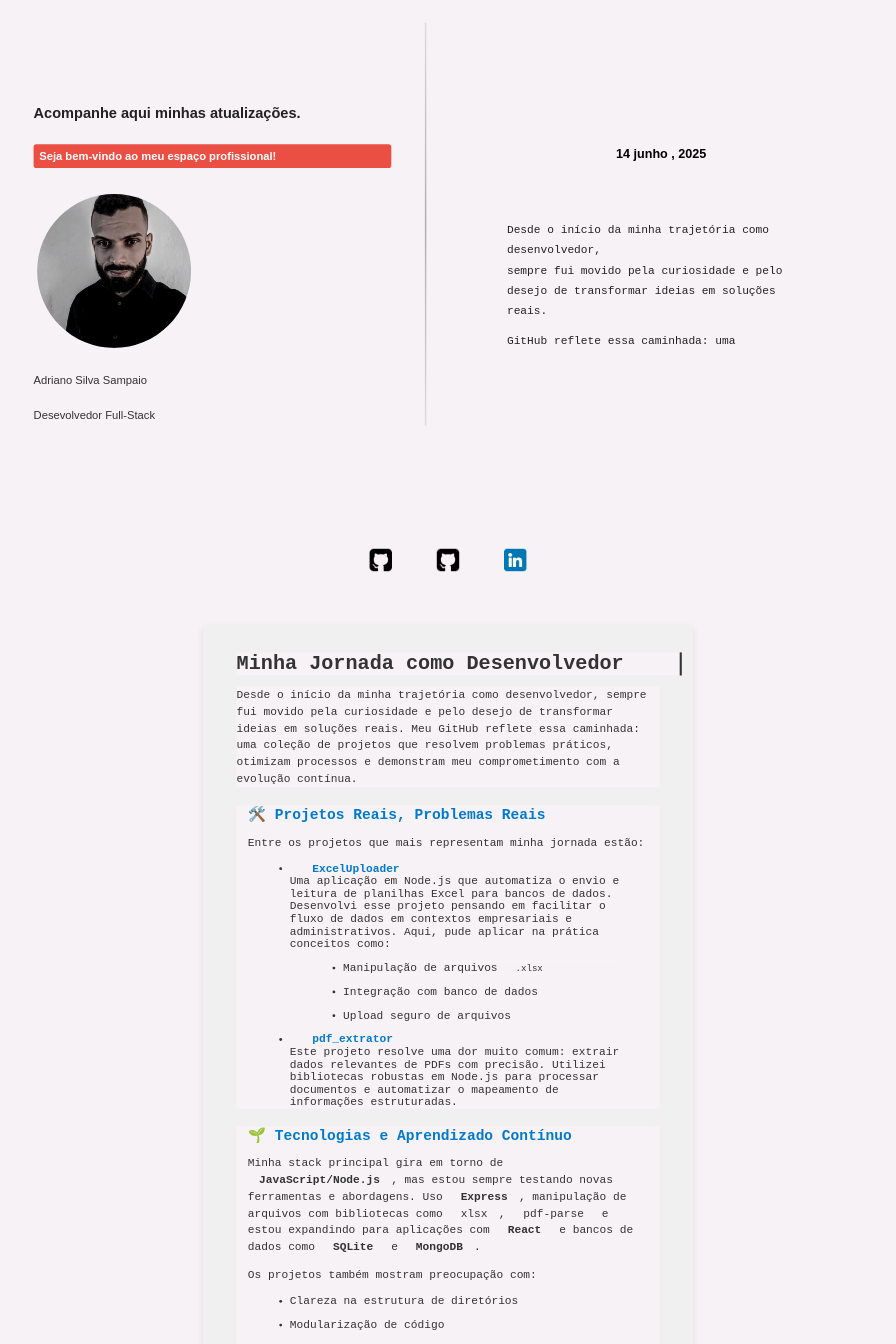
Repository: umdevadriano/portifolio2025
Page: /
An editor plug-in stored every save of this project. The page is shown before and after the next save, followed by the edit.
The browser window is 1280 px wide. The pictures show the part of the page from y = 0 to 1920 px (the page is 2803 px tall), at 70% of full size.
The project was rebuilt for these pictures with package versions that can differ from the ones it lists, and the page was loaded fresh each time. Also part of the build but not shown: vite.config.ts.

Above is the page before, as saved 2025-06-22 20:56:22.

### index.html
<!doctype html>
<html lang="en">
  <head>
    <meta charset="UTF-8" />
    <!-- <link rel="icon" type="image/svg+xml" href="/vite.svg" /> -->
    <meta name="viewport" content="width=device-width, initial-scale=1.0" />
    <title>Adriano Silva Sampaio </title>
  </head>
  <body>
    <div id="root"></div>
    <script type="module" src="/src/main.tsx"></script>
  </body>
</html>

### src/App.tsx
import './App.css'
import ContainerPrincipal from './componentes/containerPrincipal/ContainerPrincipal'
function App() {
  return (
    <>
      <ContainerPrincipal/>
    </>
  )
}

export default App

### src/componentes/containerPrincipal/ContainerPrincipal.tsx
import styled, { createGlobalStyle } from 'styled-components';
import Body from '../Body/Body';
import Footer from '../Footer/Footer';
import RedesSociais from '../redesSociais/redesSociais';
import github from '../redesSociais/github.png';
import linkedin from '../redesSociais/linkedin.png';
import ProfessionalStory from '../ProfessionalStory/ProfessionalStory';

const data = new Date();
const ano = data.getFullYear();
function ContainerPrincipal() {

  const redes = [
    { src: github, link: 'https://github.com/adrianodisam' },
    { src: github, link: 'https://github.com/umdevadriano' },
    { src: linkedin, link: 'https://www.linkedin.com/in/adriano-silva-sampaio/' }
  ];
  const GlobalStyle = createGlobalStyle`
    *, *::before, *::after {
    box-sizing: border-box;
    background-color: #f7f2f6;
    margin: 1rem;
  }

    html, body {
      margin: 0;
      padding: 0;
      overflow-x: hidden;
      width: 100%;
    }
  `;

  const Principal = styled.div`
    display: flex;
    justify-content: center;
    width: 100%;
    height: 100vh;
    font-family: 'Arial', sans-serif;
    overflow: hidden;
    margin: 0;
    padding: 0;

    @media (max-width: 768px) {
      display: flex;
      flex-direction: column;
      justify-items: center;
      justify-content: center;
      align-items: center;
    }


  `;
  return (
    <>
      <GlobalStyle />
      <Principal>
        <Body/>
      </Principal>
      <RedesSociais redes={redes}/>
      <ProfessionalStory/>
      <Footer>Desenvolvimento de Software<br />© {ano} Adriano Silva Sampaio</Footer>
    </>
  )
}
export default ContainerPrincipal

### src/componentes/Body/Body.tsx
import Principal from '../Principal/Principal';
import Title from '../Title/Title';
import Banner from '../Banner/Banner';
import ProfileWrapper from '../ProfileWrapper/ProfileWrapper';
import Profile from '../Profile/Profile';
import Role from '../Role/Role';
import Divider from '../Divider/Divider';
import RightSide from '../RightSide/RightSide';
import DateComponente from '../DateComponente/DateComponente';
import EmDesenvolvimento from '../EmDesenvolvimentoWrapper/EmDesenvolvimentoWrapper ';
const data = new Date();
const dia = String(data.getDate()).padStart(2, '0');
const mes = data.toLocaleString('pt-BR', { month: 'long' });
const ano = data.getFullYear();

function Cabecalho() {
  return (
    <>
      <Principal>
        <Title>Acompanhe aqui minhas atualizações.</Title>
        <Banner>Seja bem-vindo ao meu espaço profissional!</Banner>
        <ProfileWrapper>
          <Profile/>
        </ProfileWrapper>
        <Role> Adriano Silva Sampaio</Role>
        <Role> Desevolvedor  Full-Stack </Role>
      </Principal>
      <Divider />
      <RightSide>
        <DateComponente>{dia}  {mes} , {ano} </DateComponente>
        <EmDesenvolvimento/>
      </RightSide>
    </>
  )
}
export default Cabecalho

### src/componentes/Footer/Footer.tsx
import styled from 'styled-components';

type Props = {
  children: React.ReactNode;
};

function Footer({ children }: Props){

    const FooterP = styled.p`
        font-size: 1rem;
        color: #999;
        /* margin-top: auto; */
    `;
    const FooterDiv = styled.div`
       display: flex;
       justify-content: left;
       align-items: center;
    `;
    return (
        <>
            <FooterDiv>
                <FooterP>{children}</FooterP>
            </FooterDiv>
        </>
    )
}

export default Footer

### src/componentes/redesSociais/redesSociais.tsx
import styled from 'styled-components';

type RedeSocial = {
  src: string;
  link: string;
};

type Props = {
  redes: RedeSocial[];
};

const RedesSociaisDiv = styled.div`
  flex: 1;
  display: flex;
  justify-content: center;
  align-items: center;

  img {
    width: 2rem;
    height: 2rem;
    object-fit: contain;
    transition: transform 0.2s;
  }

  a:hover img {
    transform: scale(1.1);
  }
`;

function RedesSociais({ redes }: Props) {
  return (
    <RedesSociaisDiv>
      {redes.map((rede, index) => (
        <a
          key={index}
          href={rede.link}
          target="_blank"
          rel="noopener noreferrer"
        >
          <img src={rede.src} alt={`Ícone ${index + 1}`} />
        </a>
      ))}
    </RedesSociaisDiv>
  );
}

export default RedesSociais;

### src/componentes/ProfessionalStory/ProfessionalStory.tsx

import styled, { keyframes } from 'styled-components';

const typewriter = keyframes`
  from {
    width: 0;
  }
  to {
    width: 100%;
  }
`;

const blink = keyframes`
  50% {
    border-color: transparent;
  }
`;

const Container = styled.section`
  font-family: 'Courier New', Courier, monospace;
  color: #333;
  background: #f0f0f0;
  padding: 24px 32px;
  max-width: 700px;
  margin: 40px auto;
  border-radius: 8px;
  box-shadow: 0 4px 10px rgba(0,0,0,0.1);
`;

const Title = styled.h1`
  font-size: 1.8rem;
  margin-bottom: 1rem;
  border-right: 3px solid #333;
  white-space: nowrap;
  overflow: hidden;
  width: 18ch;
  animation: ${typewriter} 2.5s steps(18) 1 forwards,
             ${blink} 0.75s step-end infinite;
`;

const Section = styled.div`
  margin-top: 1.6rem;
`;

const SectionTitle = styled.h2`
  font-size: 1.3rem;
  margin-bottom: 0.6rem;
  color: #007acc;
`;

const Paragraph = styled.p`
  font-size: 1rem;
  line-height: 1.5;
  margin-bottom: 1rem;
`;

const List = styled.ul`
  margin-left: 20px;
  margin-bottom: 1rem;
  list-style-type: disc;
`;

const Link = styled.a`
  color: #007acc;
  text-decoration: none;
  font-weight: 600;

  &:hover {
    text-decoration: underline;
  }
`;

export default function ProfessionalStory() {
  return (
    <Container>
      <Title>Minha Jornada como Desenvolvedor</Title>

      <Paragraph>
        Desde o início da minha trajetória como desenvolvedor, sempre fui movido pela curiosidade e pelo desejo de transformar ideias em soluções reais. Meu GitHub reflete essa caminhada: uma coleção de projetos que resolvem problemas práticos, otimizam processos e demonstram meu comprometimento com a evolução contínua.
      </Paragraph>

      <Section>
        <SectionTitle>🛠️ Projetos Reais, Problemas Reais</SectionTitle>
        <Paragraph>Entre os projetos que mais representam minha jornada estão:</Paragraph>

        <List>
          <li>
            <strong>
              <Link href="https://github.com/umdevadriano/ExcelUploader" target="_blank" rel="noopener noreferrer">
                ExcelUploader
              </Link>
            </strong>
            <br />
            Uma aplicação em Node.js que automatiza o envio e leitura de planilhas Excel para bancos de dados. Desenvolvi esse projeto pensando em facilitar o fluxo de dados em contextos empresariais e administrativos. Aqui, pude aplicar na prática conceitos como:
            <List>
              <li>Manipulação de arquivos <code>.xlsx</code></li>
              <li>Integração com banco de dados</li>
              <li>Upload seguro de arquivos</li>
            </List>
          </li>

          <li>
            <strong>
              <Link href="https://github.com/umdevadriano/pdf_extrator" target="_blank" rel="noopener noreferrer">
                pdf_extrator
              </Link>
            </strong>
            <br />
            Este projeto resolve uma dor muito comum: extrair dados relevantes de PDFs com precisão. Utilizei bibliotecas robustas em Node.js para processar documentos e automatizar o mapeamento de informações estruturadas.
          </li>
        </List>
      </Section>

      <Section>
        <SectionTitle>🌱 Tecnologias e Aprendizado Contínuo</SectionTitle>
        <Paragraph>
          Minha stack principal gira em torno de <strong>JavaScript/Node.js</strong>, mas estou sempre testando novas ferramentas e abordagens. Uso <strong>Express</strong>, manipulação de arquivos com bibliotecas como <code>xlsx</code>, <code>pdf-parse</code> e estou expandindo para aplicações com <strong>React</strong> e bancos de dados como <strong>SQLite</strong> e <strong>MongoDB</strong>.
        </Paragraph>
        <Paragraph>Os projetos também mostram preocupação com:</Paragraph>
        <List>
          <li>Clareza na estrutura de diretórios</li>
          <li>Modularização de código</li>
          <li>Reaproveitamento de componentes e funções</li>
        </List>
      </Section>

      <Section>
        <SectionTitle>📈 Padrão de Contribuição</SectionTitle>
        <Paragraph>
          Minha contribuição é pautada na entrega de soluções funcionais e escaláveis. Prefiro projetos que resolvam um problema concreto e que possam ser utilizados no dia a dia. Além disso, sempre que possível, mantenho os repositórios documentados e com instruções claras de uso.
        </Paragraph>
      </Section>

      <Section>
        <SectionTitle>🧩 Favoritos que Me Inspiram</SectionTitle>
        <Paragraph>Além dos meus próprios projetos, mantenho uma seleção de repositórios favoritos com foco em:</Paragraph>
        <List>
          <li>Templates de SaaS</li>
          <li>Boas práticas em React e Node</li>
          <li>Repositórios que ensinam com exemplos práticos</li>
        </List>
        <Paragraph>
          Esses favoritos refletem o que busco constantemente: <strong>evoluir como dev, tanto no back-end quanto no front-end, sem perder o foco na experiência do usuário final.</strong>
        </Paragraph>
      </Section>

      <Section>
        <SectionTitle>🧠 O Que Me Motiva</SectionTitle>
        <Paragraph>
          Gosto de resolver problemas do mundo real. Desde pequenas automações até ferramentas que impactam um processo maior — como controle de gastos em obras — tudo começa com uma ideia e a vontade de fazer melhor. Tenho como meta desenvolver soluções que possam ajudar tanto uma grande construtora quanto alguém construindo sua própria casa.
        </Paragraph>
      </Section>
    </Container>
  );
}

### src/componentes/Principal/Principal.tsx
import styled from 'styled-components';

type Props = {
  children: React.ReactNode;
};

function Principal({ children }: Props){

    const Principal_div = styled.div`
        flex: 1;
        display: flex;
        flex-direction: column;
        justify-content: center;
    `;
    return (
        <>
        <Principal_div>  {children}</Principal_div>
        </>
    )
}

export default Principal

### src/componentes/Title/Title.tsx
import styled from 'styled-components';

type Props = {
  children: React.ReactNode;
};

function Title({ children }: Props){

    const TitleH2 = styled.h2`
        font-size: 1.3rem;
        margin-bottom: 1rem;
        color: #222;

        @media (max-width: 768px) {
          margin-top: 5rem;
        }
  `;
    return (
        <>
        <TitleH2>{children}</TitleH2>
        </>
    )
}

export default Title

### src/componentes/Banner/Banner.tsx
import styled from 'styled-components';

type Props = {
  children: React.ReactNode;
};

function Banner({ children }: Props){

    const BannerDiv = styled.div`
        background-color: #eb4f44;
        color: white;
        padding: 0.5rem;
        font-weight: bold;
        font-size: 16px;
        display: inline-block;
        border-radius: 4px;
    `;
    return (
        <>
        <BannerDiv>{children}</BannerDiv>
        </>
    )
}

export default Banner

### src/componentes/ProfileWrapper/ProfileWrapper.tsx
import styled from 'styled-components';

type Props = {
  children: React.ReactNode;
};

function ProfileWrapper({ children }: Props){

  // Wrapper da imagem com efeito de borda girando
  const ProfileWrapperDiv = styled.div`
    position: relative;
    width: 230px;
    height: 230px;
    display: flex;
    align-items: center;
    margin-top:1rem;
    justify-content: center;
  `;

    return (
        <>
        <ProfileWrapperDiv>{children}</ProfileWrapperDiv>
        </>
    )
}

export default ProfileWrapper

### src/componentes/Profile/Profile.tsx
import styled from 'styled-components';
import foto from '../assets/foto2.png'

function Profile(){

    const ProfileImg = styled.img`
        width: 220px;
        height: 220px;
        border-radius: 50%;
        object-fit: cover;
        background-color: white;
        z-index: 1;
        filter: grayscale(60%) contrast(110%);
        @media (max-width: 768px) {
            width: 200px;
            height: 200px;
        }
        @media (max-width: 480px) {
            width: 200px;
            height: 200px;
        }
    `;
    return (
        <>
        <ProfileImg src={foto} alt="Foto de perfil"></ProfileImg>
        </>
    )
}

export default Profile

### src/componentes/Role/Role.tsx
import styled from 'styled-components';

type Props = {
  children: React.ReactNode;
};

function Role({ children }: Props){
    const RoleP = styled.p`
        font-size: 16px;
        font-weight: 500;
        color: #333;
    `;
    return (
        <>
        <RoleP>{children}</RoleP>
        </>
    )
}
export default Role

### src/componentes/Divider/Divider.tsx
import styled from 'styled-components';

function Divider(){

    const DividerDiv = styled.div`
        width: 2px;
        height: 80%;
        background: linear-gradient(
            to bottom,
            rgba(0, 0, 0, 0.1),
            rgba(0, 0, 0, 0.3),
            rgba(0, 0, 0, 0.1)
        );
        border-radius: 1px;
        position: relative;
        overflow: hidden;
        &::after {
            content: "";
            position: absolute;
            top: 0;
            left: 0;
            width: 100%;
            height: 100%;
            background: linear-gradient(
                to bottom,
                transparent 40%,
                rgba(255, 255, 255, 0.7) 50%,
                transparent 60%
            );
                animation: shine 3.8s linear infinite;
                pointer-events: none;
         }

        @keyframes shine {
            0% {
            transform: translateY(-100%);
            }
            100% {
            transform: translateY(100%);
            }
        }
    `;
    return (
        <>
        <DividerDiv></DividerDiv>
        </>
    )
}

export default Divider

### src/componentes/RightSide/RightSide.tsx
import styled from 'styled-components';
type Props = {
  children: React.ReactNode;
};

function RightSide({ children }: Props){
    const RightSideDiv = styled.div`
        flex: 1;
        padding: 32px;
        display: flex;
        flex-direction: column;
        justify-content: center;
        align-items: center;
    `;

    return (
        <>
        <RightSideDiv>{children}</RightSideDiv>
        </>
    )
}

export default RightSide

### src/componentes/DateComponente/DateComponente.tsx
import styled from 'styled-components';
type Props = {
  children: React.ReactNode;
};
function Date({ children }: Props){
    const DateP = styled.p`
        font-size: 18px;
        font-weight: bold;
        margin-bottom: 12px;
        padding: 0.5rem;
    `;
    return (
        <>
        <DateP>{children}</DateP>
        </>
    )
}
export default Date

### src/componentes/EmDesenvolvimentoWrapper/EmDesenvolvimentoWrapper .tsx
import  { useEffect, useState } from 'react';
import styled from 'styled-components';

const texto = `Desde o início da minha trajetória como desenvolvedor,
sempre fui movido pela curiosidade e pelo desejo de transformar ideias em soluções reais.
Meu GitHub reflete essa caminhada: uma coleção de projetos que resolvem problemas práticos,
otimizam processos e demonstram meu comprometimento com a evolução contínua.`;

const linhas = texto.split('\n').map(l => l.trim());

const Container = styled.div`
  /* background: #f4f4f4; */
  padding: 24px;
  max-width: 90%;
  margin: 40px auto;
  border-radius: 12px;
  font-family: 'Courier New', Courier, monospace;
  font-size: 1rem;
  color: #222;
  line-height: 1.8;
`;

const Linha = styled.p`
  margin: 0;
`;

const Cursor = styled.span`
  display: inline-block;
  width: 1ch;
  border-right: 2px solid #333;
  animation: blink 0.8s steps(1) infinite;

  @keyframes blink {
    50% {
      border-color: transparent;
    }
  }
`;

export default function EmDesenvolvimento() {
  const [linhasDigitadas, setLinhasDigitadas] = useState<string[]>([]);
  const [linhaAtual, setLinhaAtual] = useState(0);
  const [palavrasDigitadas, setPalavrasDigitadas] = useState<string[]>([]);

  useEffect(() => {
    if (linhaAtual >= linhas.length) return;

    const palavras = linhas[linhaAtual].split(' ');
    let index = 0;

    const intervalo = setInterval(() => {
      setPalavrasDigitadas((prev) => [...prev, palavras[index]]);
      index++;

      if (index >= palavras.length) {
        clearInterval(intervalo);
        setTimeout(() => {
          setLinhasDigitadas((prev) => [...prev, palavras.join(' ')]);
          setPalavrasDigitadas([]);
          setLinhaAtual((prev) => prev + 1);
        }, 600); // pausa entre as linhas
      }
    }, 180); // tempo entre cada palavra

    return () => clearInterval(intervalo);
  }, [linhaAtual]);

  return (
    <Container>
      {linhasDigitadas.map((linha, i) => (
        <Linha key={i}>{linha}</Linha>
      ))}

      {linhaAtual < linhas.length && (
        <Linha>
          {palavrasDigitadas.join(' ')} <Cursor />
        </Linha>
      )}
    </Container>
  );
}

### src/componentes/LampadaAnimada/LampadaAnimada.tsx

import styled, { keyframes } from "styled-components";

// Animação que faz o brilho aumentar e diminuir suavemente
const glow = keyframes`
  0% {
    filter: brightness(0.6);
    box-shadow: 0 0 5px rgba(255, 223, 0, 0.3);
  }
  50% {
    filter: brightness(1.5);
    box-shadow: 0 0 20px rgba(255, 223, 0, 1), 0 0 40px rgba(255, 223, 0, 0.8);
  }
  100% {
    filter: brightness(0.6);
    box-shadow: 0 0 5px rgba(255, 223, 0, 0.3);
  }
`;

const Lampada = styled.div`
  width: 100px;
  height: 140px;
  background: #f5e98a;
  border-radius: 50% 50% 40% 40% / 60% 60% 40% 40%;
  position: relative;
  margin: 20px auto;
  animation: ${glow} 4s ease-in-out infinite;
  box-shadow: 0 0 5px rgba(255, 223, 0, 0.3);

  &::after {
    content: "";
    position: absolute;
    bottom: -20px;
    left: 35%;
    width: 30px;
    height: 20px;
    background: #999;
    border-radius: 5px;
  }
`;

export default function LampadaAnimada() {
  return <Lampada />;
}

Loaded but not shown: src/main.tsx (common file); src/App.css (no stored copy; drawn as an empty file); src/index.css (no stored copy; drawn as an empty file)

After the next save:
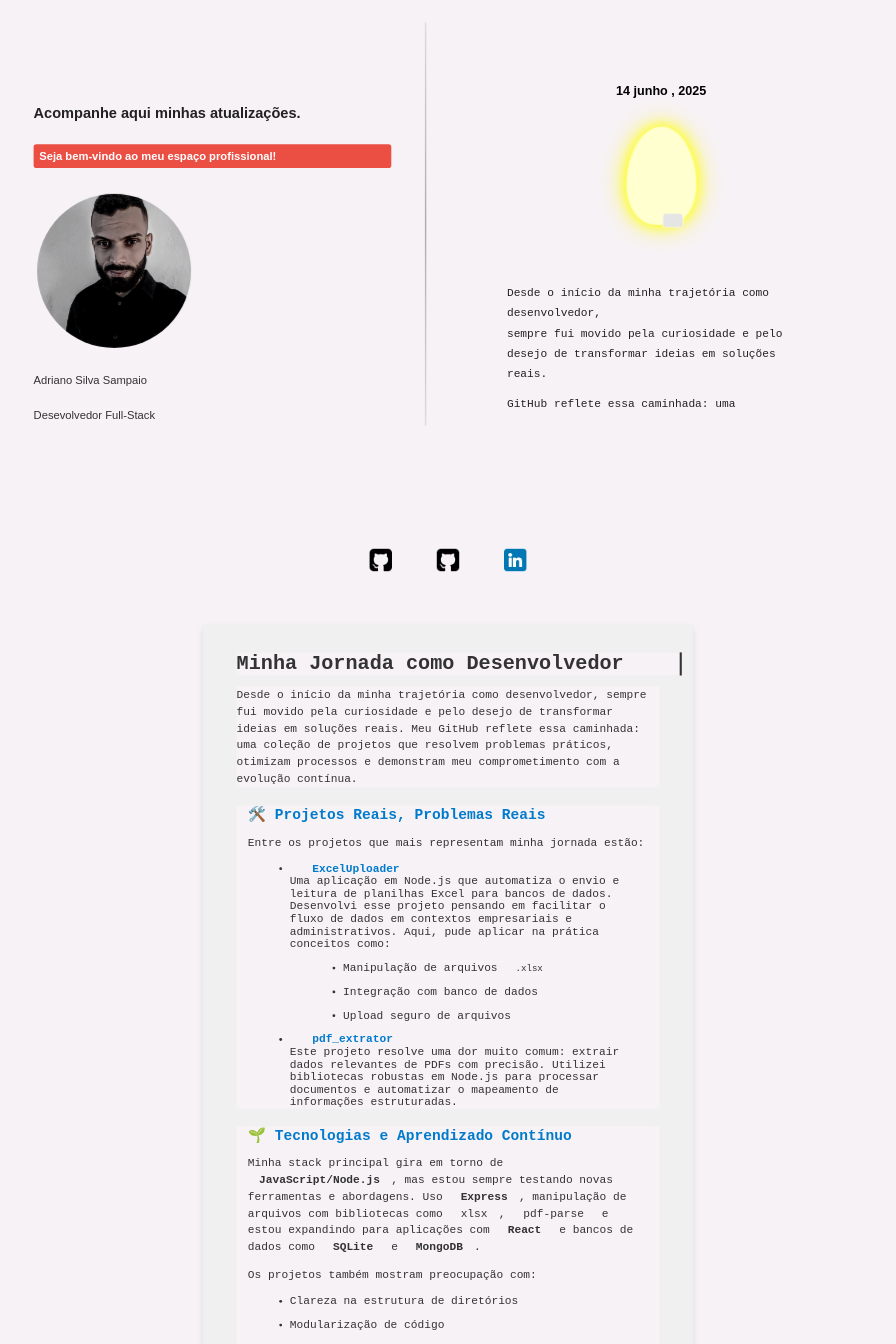
Saved 46 s later.
--- a/src/componentes/Body/Body.tsx
+++ b/src/componentes/Body/Body.tsx
@@ -8,6 +8,7 @@ import Divider from '../Divider/Divider';
 import RightSide from '../RightSide/RightSide';
 import DateComponente from '../DateComponente/DateComponente';
 import EmDesenvolvimento from '../EmDesenvolvimentoWrapper/EmDesenvolvimentoWrapper ';
+import LampadaAnimada from '../LampadaAnimada/LampadaAnimada';
 const data = new Date();
 const dia = String(data.getDate()).padStart(2, '0');
 const mes = data.toLocaleString('pt-BR', { month: 'long' });
@@ -28,6 +29,7 @@ function Cabecalho() {
       <Divider />
       <RightSide>
         <DateComponente>{dia}  {mes} , {ano} </DateComponente>
+        <LampadaAnimada/>
         <EmDesenvolvimento/>
       </RightSide>
     </>
